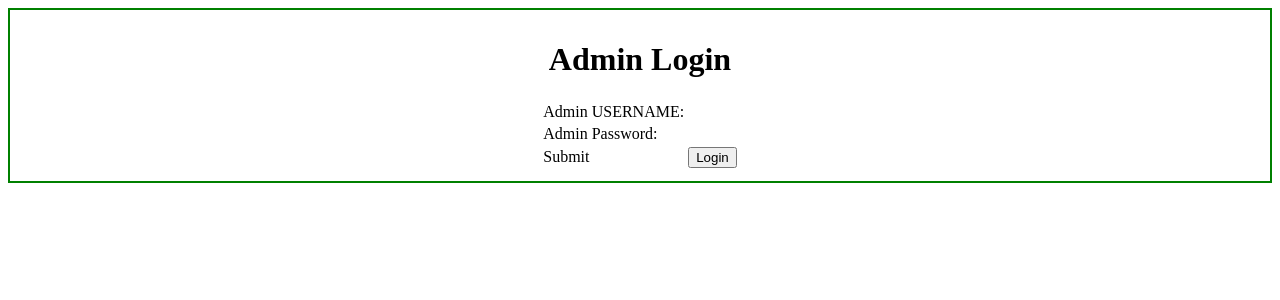
Repository: AnushkaSharma9/Make-an-E-commerce-Website-For-SportyShoes-sportyshoes
Page: http://localhost/phase3-Project-SportyShoes-Webappplication/login.jsp
These files come from the project's save history. The page is drawn as it stood at one moment and after the next save; the edit follows.
The browser window is 1280 px wide. The pictures show the whole page.
The page is served by Tomcat 9. Other server files are loaded and not shown.

Above is the page before, as saved 2021-10-25 12:23:53.

### phase3-Project-SportyShoes-Webappplication/src/main/webapp/login.jsp

<!DOCTYPE html>
<html>
<head>
<meta charset="UTF-8">
<title>Admin Login</title>
</head>
<body>


	<div align="center" style="border: 2px solid green;padding :10px;" >
		<h1>Admin Login</h1>
		<form:form action="login" method="post" >
			<table border="0">
				<tr>
					<td>Admin USERNAME:</td>
					<td><form:input path="userName" /></td>
				</tr>

				<tr>
					<td>Admin Password:</td>
					<td><form:input path="Password" /></td>
				</tr>

				<tr>
					<td>Submit</td>
					<td><input type="submit" value="Login" /></td>
				</tr>
			</table>
		</form:form>
	</div>
</body>
</html>

After the next save:
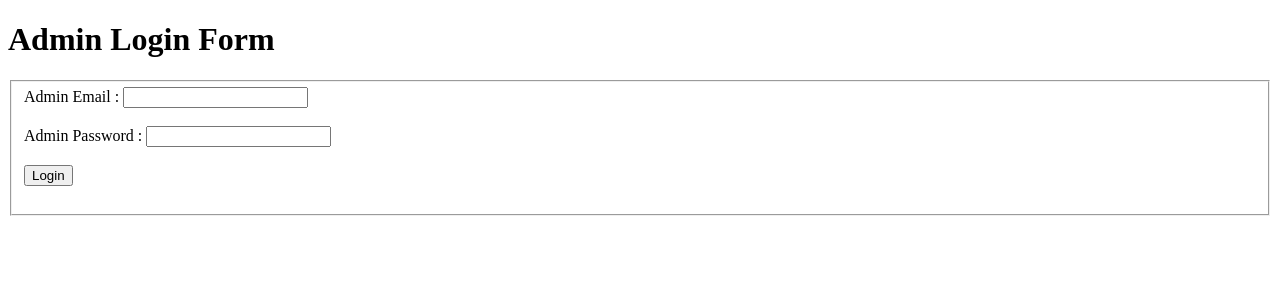
Saved 79 s later.
--- a/phase3-Project-SportyShoes-Webappplication/src/main/webapp/login.jsp
+++ b/phase3-Project-SportyShoes-Webappplication/src/main/webapp/login.jsp
@@ -1,33 +1,17 @@
-
 <!DOCTYPE html>
 <html>
 <head>
-<meta charset="UTF-8">
-<title>Admin Login</title>
+<meta charset="ISO-8859-1">
+<title>Login - Form</title>
 </head>
 <body>
-
-
-	<div align="center" style="border: 2px solid green;padding :10px;" >
-		<h1>Admin Login</h1>
-		<form:form action="login" method="post" >
-			<table border="0">
-				<tr>
-					<td>Admin USERNAME:</td>
-					<td><form:input path="userName" /></td>
-				</tr>
-
-				<tr>
-					<td>Admin Password:</td>
-					<td><form:input path="Password" /></td>
-				</tr>
-
-				<tr>
-					<td>Submit</td>
-					<td><input type="submit" value="Login" /></td>
-				</tr>
-			</table>
-		</form:form>
-	</div>
+     <h1>Admin Login Form</h1>
+     <form action="login", method ="post">
+          <fieldset>
+          Admin Email : <input type="email" name ="useremail" id="useremail" /><br><br>
+          Admin Password : <input type="password" name ="userpassword" id="userpassword" /> <br><br>
+          <input type='submit' value ='Login' /> <br><br>
+          </fieldset>
+     </form>
 </body>
 </html>
